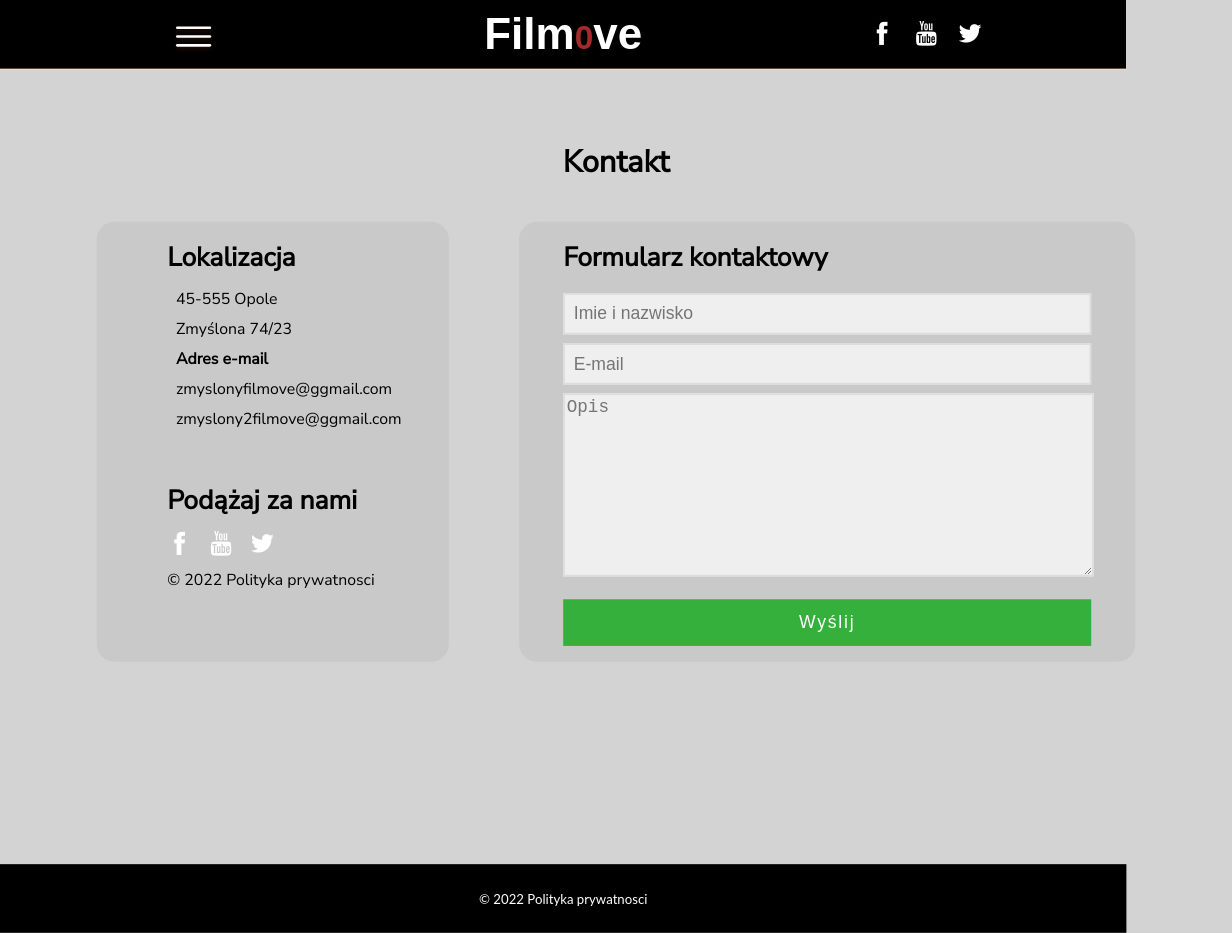
Repository: PrzemyslawJura/MovieWebsite
Page: Kontakt.html
These files come from the project's save history. The page is drawn as it stood at one moment and after the next save; the edit follows.
The browser window is 1280 px wide. The page is 1400 px wide, so the pictures cover 1400 px, including what lies to the right of the window. The pictures show the whole page, at 88% of full size.
Some web fonts or font styles are not loaded; a fallback is used.

Above is the page before, as saved 2022-04-12 15:06:18.

After the next save:
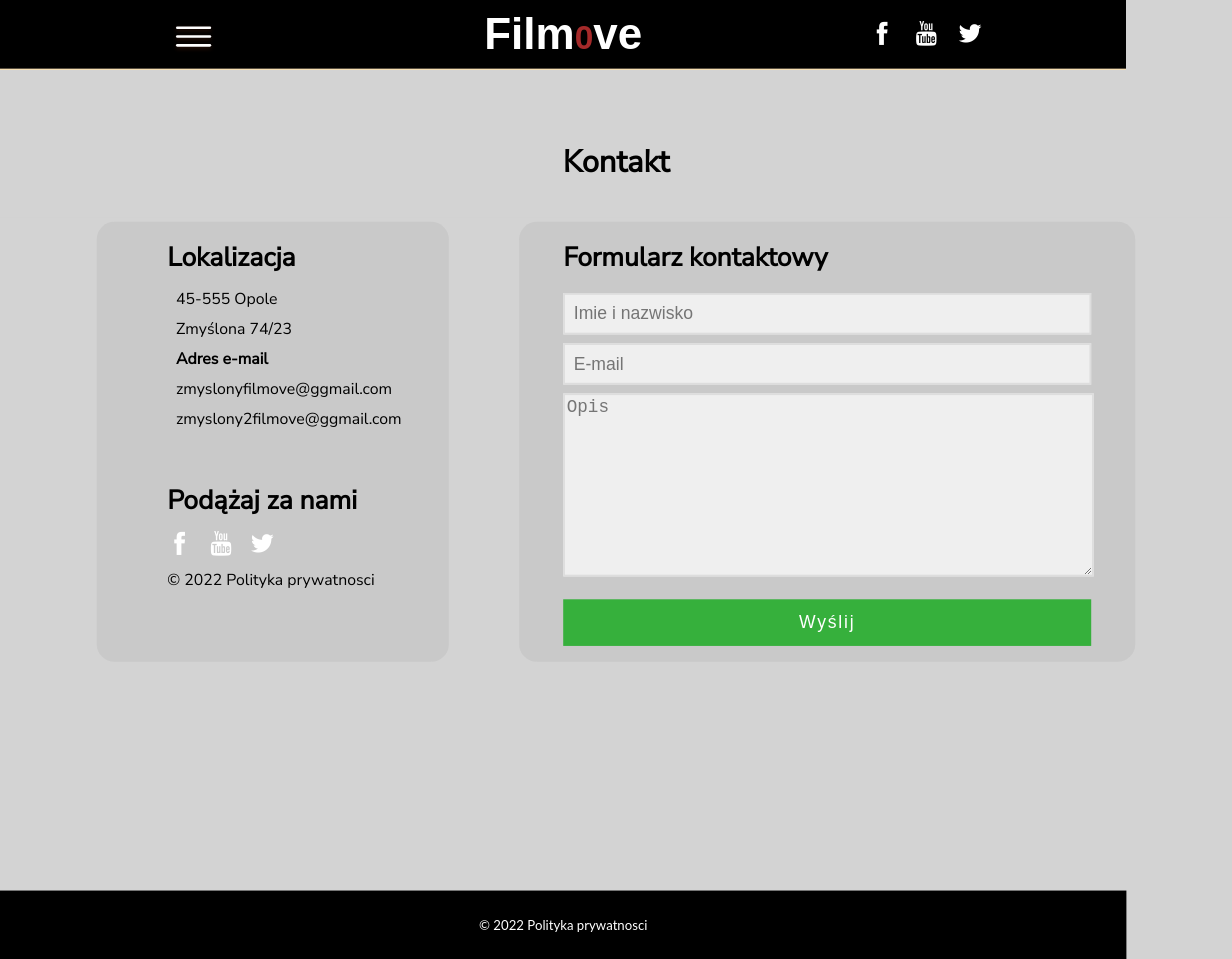
Saved 9 s later.
--- a/style.css
+++ b/style.css
@@ -842,7 +842,7 @@ td h4{
     margin-left: auto;
     display: grid;
     grid-template-columns: [first] auto [line2] 400px [line3] 80px [col4-start] 700px [five] auto [end];
-    grid-template-rows: [row1] 5px [row2] 500px [row3] 190px [last-line];
+    grid-template-rows: [row1] 5px [row2] 500px [row3] 220px [last-line];
 }
 #kon1{
     grid-column-start: 2;
